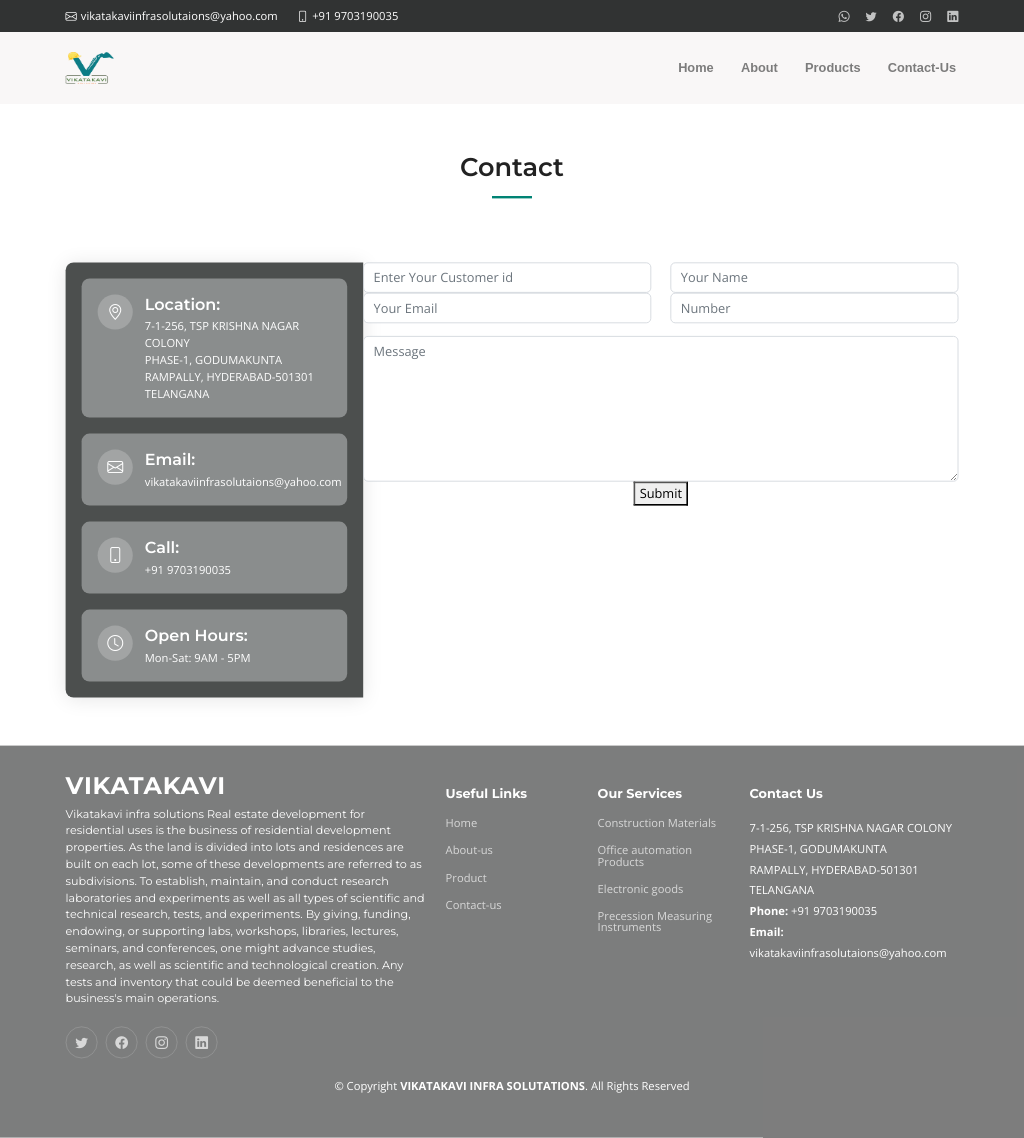
Repository: subhasissahoo181/vikatakavi
Page: Vikatikavi/src/main/webapp/contact.html
An editor plug-in stored every save of this project. The page is shown before and after the next save, followed by the edit.
The browser window is 1280 px wide. The pictures show the whole page, at 80% of full size.
Some web fonts or font styles are not loaded; a fallback is used.

Above is the page before, as saved 2023-03-26 14:41:26.

After the next save:
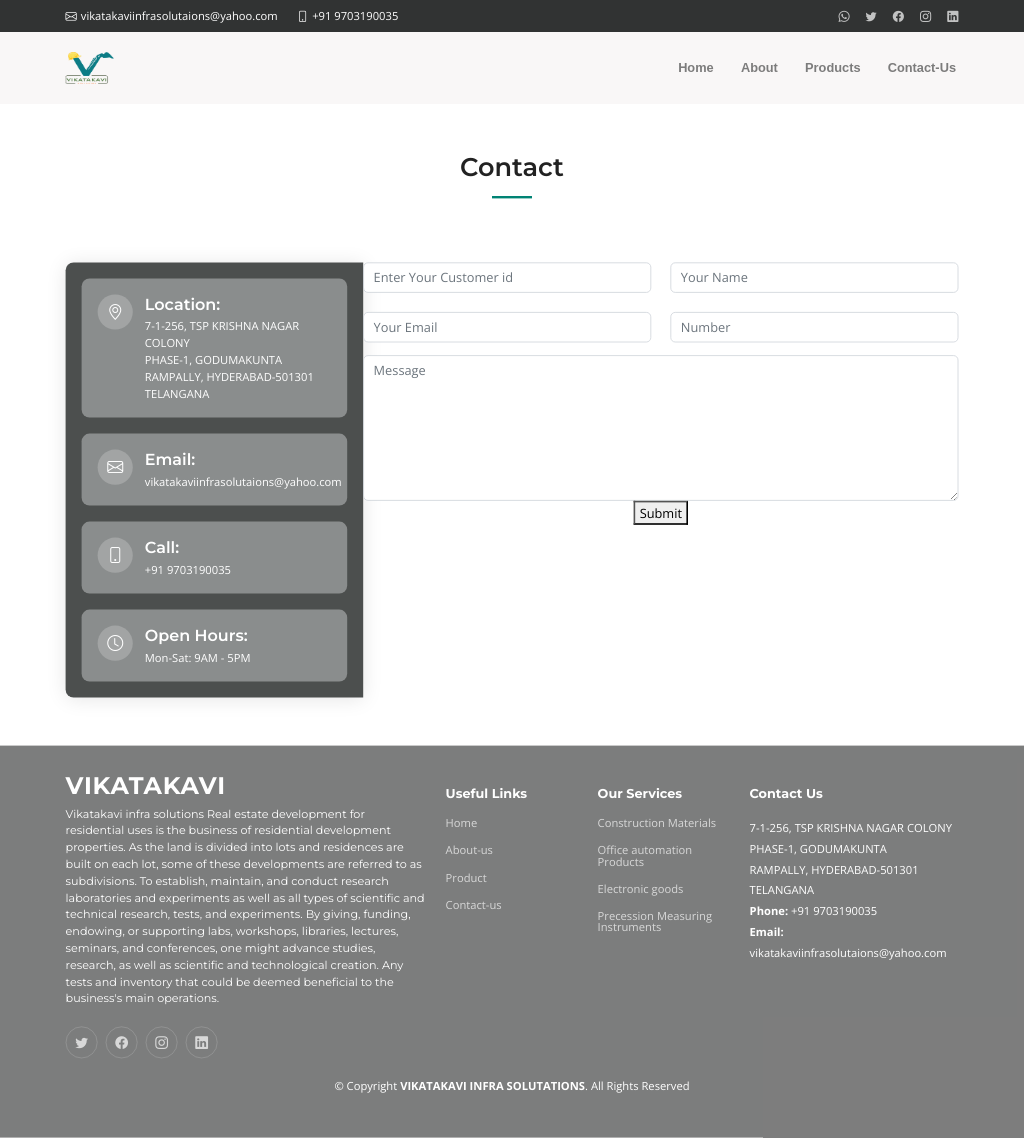
Saved 29 s later.
--- a/Vikatikavi/src/main/webapp/contact.html
+++ b/Vikatikavi/src/main/webapp/contact.html
@@ -135,12 +135,11 @@
                   <div class="col-md-6 form-group">
                     <input type="text" name="cid" class="form-control" id="name" placeholder="Enter Your Customer id" required>
                   </div>
-                  <br>
                   <div class="col-md-6 form-group mt-3 mt-md-0">
                   <input type="text" name="name" class="form-control" id="name" placeholder="Your Name" required>
-
-                  </div>
-                </div>
+                  </div>
+                </div>
+                <br>
                 <div class="row">
                   <div class="col-md-6 form-group">
                   <input type="email" class="form-control" name="email" id="email" placeholder="Your Email" required>
